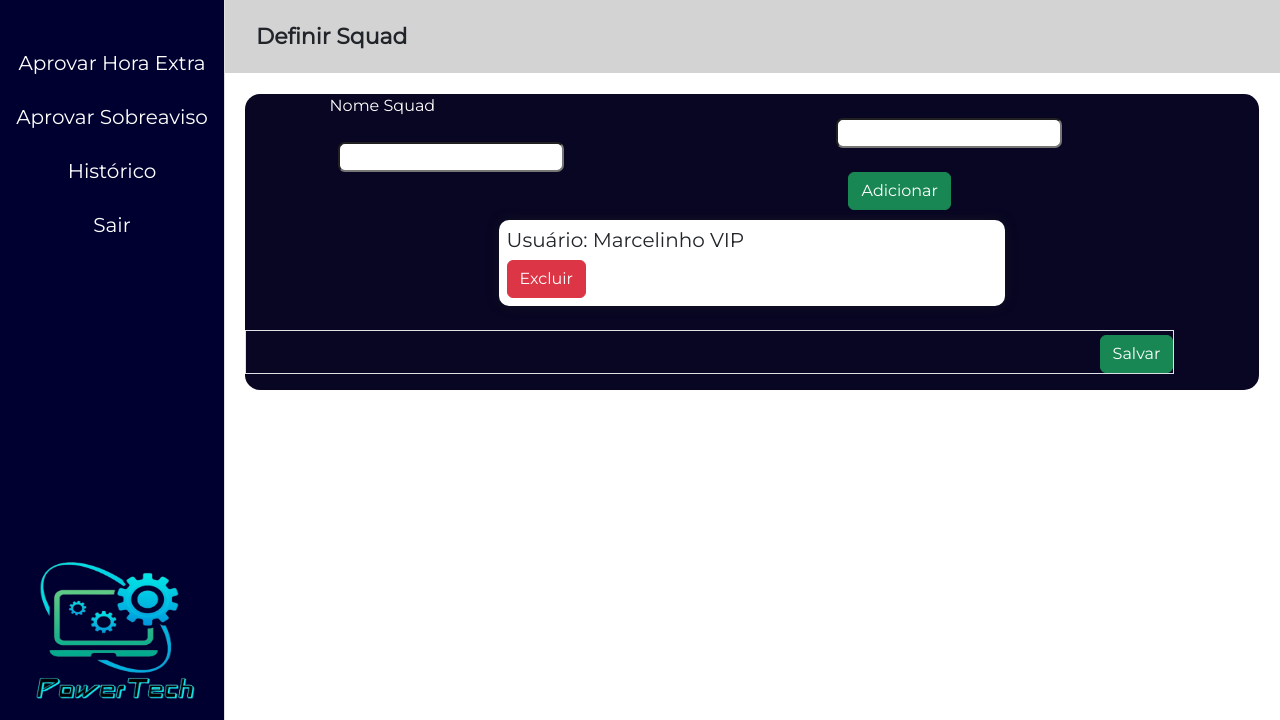
Repository: PowerTech-Fatec/API-2RP-NET
Page: /adm/squad (app in Sprint 3/2rp-web/)
An editor plug-in stored every save of this project. The page is shown before and after the next save, followed by the edit.
The browser window is 1280 px wide. The pictures show the whole page.
The project was rebuilt for these pictures with package versions that can differ from the ones it lists, and the page was loaded fresh each time. Also part of the build but not shown: Sprint 3/2rp-web/src/pages/login/login.js, Sprint 3/2rp-web/src/pages/home/dashboard.js, Sprint 3/2rp-web/src/pages/home/sobreaviso/sobreaviso.css, Sprint 3/2rp-web/src/pages/home/sobreaviso/sobreaviso.js, Sprint 3/2rp-web/src/pages/home/hora-extra/hora-extra.css, Sprint 3/2rp-web/src/pages/home/hora-extra/hora-extra.js, Sprint 3/2rp-web/src/components/cards/Cards.js, Sprint 3/2rp-web/src/pages/home/gestor/aprovar-hora-extra/gestor.js and 3 more.

Above is the page before, as saved 2022-11-05 09:18:47.

After the next save:
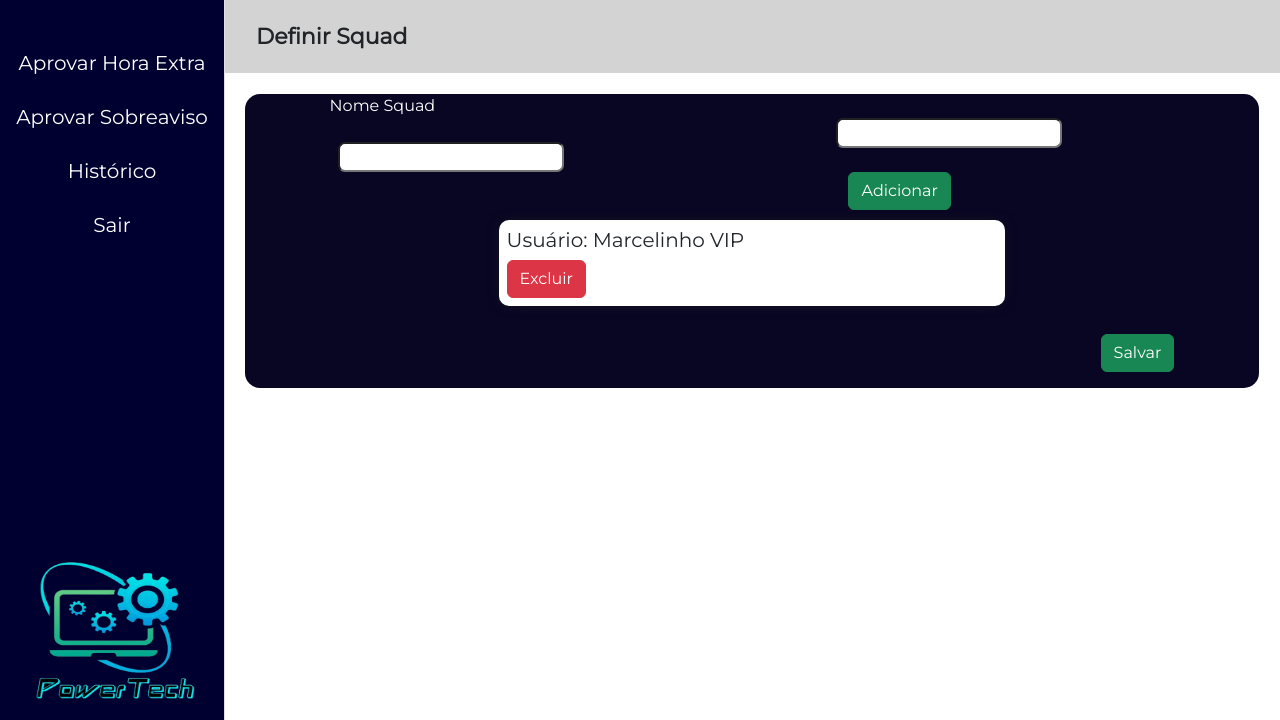
Saved 14 s later.
--- a/Sprint 3/2rp-web/src/pages/home/adm/squad/def-squad.js
+++ b/Sprint 3/2rp-web/src/pages/home/adm/squad/def-squad.js
@@ -42,7 +42,7 @@ function Squad() {
 
             </div>
 
-              <div className="border col-11 d-flex justify-content-end mb-3">
+              <div className="col-11 d-flex justify-content-end mb-3">
               <button type="button" class="btn btn-success mt-1">Salvar</button>
               </div>
 
